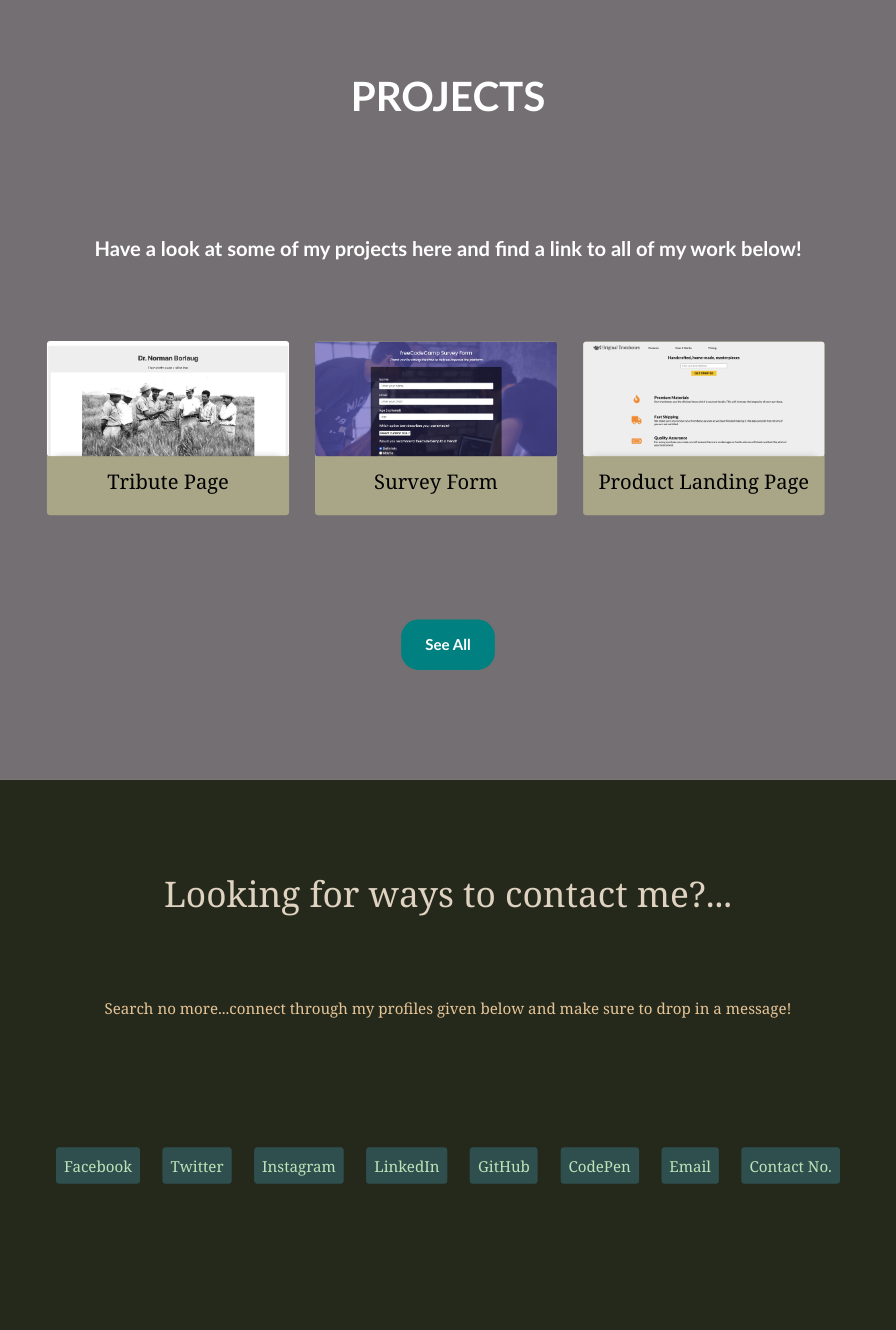
Repository: srush-shah/GRIP-Task3
Page: index.html
These files come from the project's save history. The page is drawn as it stood at one moment and after the next save; the edit follows.
The browser window is 1280 px wide. The pictures show the part of the page from y = 720 to 2620 px (the page is 2794 px tall), at 70% of full size.

Above is the page before, as saved 2021-07-21 18:22:20.

### index.html
<!DOCTYPE html>
<html lang="en">
  <head>
    <meta charset="UTF-8" />
    <meta name="viewport" content="width=device-width, initial-scale=1.0" />
    <title>Personal Portfolio</title>
    <link rel="preconnect" href="https://fonts.gstatic.com" />
    <link
      href="https://fonts.googleapis.com/css2?family=Merriweather:ital,wght@0,300;0,400;0,700;0,900;1,300;1,400;1,700;1,900&display=swap"
      rel="stylesheet"
    />
    <link rel="stylesheet" href="styles/style.css" />
  </head>
  <body>
    <header>
      <nav id="navbar">
        <ul>
          <a href="#welcome-section"><li>About</li></a>
          <a href="#projects"><li>Work</li></a>
          <a href="#contact"><li>Contact</li></a>
        </ul>
      </nav>
    </header>
    <main>
      <section id="welcome-section">
        <div id="welcome-bg-img"></div>
        <div id="welcome-text">
          <h1>Hey! I am Srushti</h1>
          <br />
          <h4>Nice to See You!</h4>
          <br />
          <div id="welcome-details">
            <p>Welcome to my Portfolio Website!</p>
            <p>
              I am an Engineering student, pursuing Undergraduate studies in
              Information and Communication Technology. You will find all my
              work here along with the link to all of my projects.
            </p>
            <p>
              You can reach out to me through the contact section provided on
              the page.
            </p>
          </div>
        </div>
      </section>
      <section id="projects">
        <div id="project-title">
          <h3>Projects</h3>
        </div>
        <div id="project-info">
          <p>
            Have a look at some of my projects here and find a link to all of my
            work below!
          </p>
          <div class="project-link">
            <a
              href="https://codepen.io/srushtishah/full/dypKPxX"
              target="_blank"
              ><div>
                <img
                  src="images/TributePage.png"
                  alt="Tribute Page"
                  class="project-tile"
                />
              </div>
              <div class="project-tile-name">Tribute Page</div>
            </a>
          </div>
          <div class="project-link">
            <a
              href="https://codepen.io/srushtishah/full/zYKLZdL"
              target="_blank"
              ><div>
                <img
                  src="images/SurveyForm.png"
                  alt="Survey Form"
                  class="project-tile"
                />
              </div>

              <div class="project-tile-name">Survey Form</div>
            </a>
          </div>
          <div class="project-link">
            <a
              href="https://codepen.io/srushtishah/full/wvzRBMY"
              target="_blank"
              ><div>
                <img
                  src="images/ProductLandingPage.png"
                  alt="Product Landing Page"
                  class="project-tile"
                />
              </div>
              <div class="project-tile-name">Product Landing Page</div>
            </a>
          </div>
          <div class="profile-link">
            <a
              href="https://codepen.io/srushtishah"
              id="profile-link"
              target="_blank"
              >See All</a
            >
          </div>
        </div>
      </section>
      <section id="contact">
        <h3>Looking for ways to contact me?...</h3>
        <p>
          Search no more...connect through my profiles given below and make sure
          to drop in a message!
        </p>
        <ul>
          <a href="https://www.facebook.com/srushti.shah.2000/" target="_blank"
            ><li>Facebook</li></a
          >
          <a href="https://twitter.com/srushshah10" target="_blank"
            ><li>Twitter</li></a
          >
          <a href="https://www.instagram.com/girldevwizard/" target="_blank"
            ><li>Instagram</li></a
          >
          <a
            href="https://www.linkedin.com/in/srushti-shah-433b93176/"
            target="_blank"
            ><li>LinkedIn</li></a
          >
          <a href="https://github.com/srush-shah" target="_blank"
            ><li>GitHub</li></a
          >
          <a href="https://codepen.io/srushtishah/full/wvzRBMY" target="_blank"
            ><li>CodePen</li></a
          >
          <a href="mailto:srushti1010shah@gmail.com" target="_blank"
            ><li>Email</li></a
          >
          <a href="sms: +910000000000" target="_blank"><li>Contact No.</li></a>
        </ul>
      </section>
      <footer>
        <p>
          **This is just a temporary portfolio made for the purpose of
          freeCodeCamp
        </p>
        <span>&copy; Created for freeCodeCamp</span>
      </footer>
    </main>
  </body>
</html>

### styles/style.css
/*
Universal Styling and Prefixing
*/
* {
  max-width: 1500px;
  font-size: 10px;
  font-weight: 400;
  text-decoration: none;
  color: black;
  box-sizing: border-box;
  -webkit-box-sizing: border-box;
  -moz-box-sizing: border-box;
  margin: auto;
  border: none;
  padding: 0;
  background: none;
  text-align: center;
}
/*
Common Styling for the whole page
*/
body {
  width: 100%;
  font-family: "Trebuchet MS", "Lucida Sans Unicode", "Lucida Grande",
    "Lucida Sans", Arial, sans-serif;
  font-stretch: wider;
}

h1 {
  font-size: 10vh;
  font-variant: small-caps;
  font-family: "Merriweather", serif;
  margin-bottom: 20px;
  line-height: 1em;
}

h2 {
  font-size: 8vh;
}

h3 {
  font-size: 8vh;
}

h4 {
  font-size: 6vh;
  line-height: 1em;
}

h5 {
  font-size: 5vh;
}

h6 {
  font-size: 3vh;
}

p,
a,
li,
button {
  font-size: 3vh;
}

li {
  list-style: none;
}
/*
Header Styling
*/
header {
  position: absolute;
  width: 100%;
  height: 100px;
  padding: 10px;
  background-color: transparent;
  z-index: 2;
  display: flex;
}

header > nav {
  margin-right: 0;
}

header > nav > ul {
  display: flex;
  padding: 30px;
  justify-content: space-evenly;
}

header li {
  margin: 5px;
  margin-right: 30px;
}

@media screen and (min-width: 768px) {
  header li {
    font-size: 3.5vh;
  }
}

@media screen and (max-width: 768px) {
  header li {
    font-size: 3vh;
  }
}

@media screen and (max-width: 425px) {
  header {
    padding: 0%;
  }
  header > nav {
    margin: auto;
    padding: 0%;
  }
  header > nav > ul {
    padding: 0%;
    flex-direction: column;
  }
  header li {
    font-size: 2.5vh;
  }
}
/* Main Styling */
main {
  position: relative;
}
/*
Welcome Section Styling
*/
#welcome-section {
  height: 100vh;
}

#welcome-bg-img {
  background: url(https://cdn.hipwallpaper.com/i/65/22/g876Ek.jpg);
  /* Add the blur effect
  filter: blur(2px);
  -webkit-filter: blur(2px);*/

  /* Full height */
  height: 100%;

  /* Center and scale the image nicely */
  background-position: center;
  background-repeat: no-repeat;
  background-size: cover;
}

#welcome-text {
  background-color: #97abb1; /* Fallback color */
  border-radius: 10px;
  box-shadow: 0px 0px 20px rgb(54, 50, 8);
  color: white;
  font-weight: bold;
  position: relative;
  top: -50%;
  left: 40%;
  transform: translate(-50%, -50%);
  z-index: 1;
  width: 80%;
  padding: 20px;
  text-align: center;
}

#welcome-text h1,
#welcome-text h4,
#welcome-text p {
  color: antiquewhite;
  font-weight: 500;
}

#welcome-text h4,
#welcome-text p {
  color: antiquewhite;
  font-weight: 800;
}

#welcome-details p {
  color: antiquewhite;
}

@media screen and (max-width: 1024px) {
  #welcome-text {
    width: 70%;
    left: 35%;
  }
}

@media screen and (max-width: 768px) {
  #welcome-text {
    width: 70%;
    left: 35%;
  }
}

@media screen and (max-width: 520px) {
  #welcome-text {
    top: -50%;
  }

  #welcome-text h1 {
    font-size: 7vh;
  }

  #welcome-text h4 {
    font-size: 5vh;
  }

  #welcome-text p {
    font-size: 3vh;
  }
}

@media screen and (max-width: 470px) {
  #welcome-text {
    top: -50%;
  }

  #welcome-text h1 {
    font-size: 6vh;
  }

  #welcome-text h4 {
    font-size: 4vh;
  }

  #welcome-text p {
    font-size: 2.5vh;
  }
}
/*
Projects Section Styling
*/
#projects {
  width: 100%;
  background-color: #746f72;
}

#projects h3,
#projects p,
#projects a {
  color: white;
  font-family: "Gill Sans", "Gill Sans MT", Calibri, "Trebuchet MS", sans-serif;
  font-weight: 600;
}

#project-title {
  padding: 8%;
  text-transform: uppercase;
}

#project-info {
  padding: 5%;
}

#project-info p {
  font-size: 4vh;
  margin-bottom: 5%;
}

.project-link {
  width: 90%;
  padding-bottom: 2.5%;
  background-color: #a9a587;
  margin: 5% auto;
  border-radius: 5px;
}

.project-tile {
  width: 100%;
  border-radius: 5px;
}

.project-tile-name {
  padding-top: 4%;
  font-size: 4vh;
  font-family: Georgia, "Times New Roman", Times, serif;
}
#profile-link {
  padding: 2% 3%;
  background-color: teal;
  border-radius: 25px;
}
#profile-link:hover {
  background-color: rgb(62, 114, 114);
  box-shadow: rgba(0, 0, 0, 1) 4px 5px;
  transition: box-shadow 1s, background-color 0.3s;
}
.profile-link {
  margin: 10% auto;
}

@media screen and (min-width: 768px) {
  .project-link {
    width: 30%;
    display: inline-block;
    margin-right: 3%;
  }
}

@media screen and (max-width: 768px) {
  .project-tile-name {
    font-size: 2.5vh;
  }
}
/*
Contact Section Styling
*/
#contact {
  width: 100%;
  padding: 10% 5%;
  background-color: #25291c;
  font-family: Cambria, Cochin, Georgia, Times, "Times New Roman", serif;
}

#contact h3 {
  font-size: 7vh;
  color: rgb(223, 210, 193);
  font-weight: 400;
}

#contact p {
  margin: 10% auto;
  color: rgb(229, 196, 151);
}

#contact ul {
  width: 100%;
  margin: 15% auto;
  margin-bottom: 10%;
  display: flex;
  justify-content: space-around;
  flex-wrap: wrap;
}

#contact a {
  display: inline-flex;
  background-color: darkslategrey;
  margin: 1%;
  padding: 1%;
  border-radius: 5px;
}

#contact li {
  color: rgb(189, 228, 184);
}

#contact a:hover {
  background-color: rgb(39, 63, 63);
  box-shadow: darkslategrey 2px 2px;
  transition: box-shadow 0.8s, background-color 0.3s;
}
/*
Footer Styling
*/

footer {
  width: 100%;
  height: 100%;
  background-color: #cd5334;
  padding: 5% 1%;
}

footer p,
footer span {
  font-size: 2.5vh;
  display: inline-block;
}

footer p {
  float: left;
}

footer span {
  float: right;
  font-family: monospace;
}

@media screen and (max-width: 768px) {
  footer {
    height: 15vh;
  }

  footer p,
  footer span {
    font-size: 2vh;
    display: inline-block;
  }
}

@media screen and (max-width: 730px) {
  footer p,
  footer span {
    font-size: 2.5vh;
    display: block;
    float: none;
    margin-top: 1%;
  }
}

@media screen and (max-width: 425px) {
  footer {
    height: 18vh;
  }

  footer p,
  footer span {
    font-size: 2.5vh;
    display: block;
    float: none;
    margin-top: 3%;
  }
}

@media screen and (max-width: 375px) {
  footer p,
  footer span {
    font-size: 2.5vh;
    display: block;
    float: none;
    margin-top: 4%;
  }
}

@media screen and (max-width: 320px) {
  footer p,
  footer span {
    font-size: 2.5vh;
    display: block;
    float: none;
    margin-top: 5%;
  }
}

After the next save:
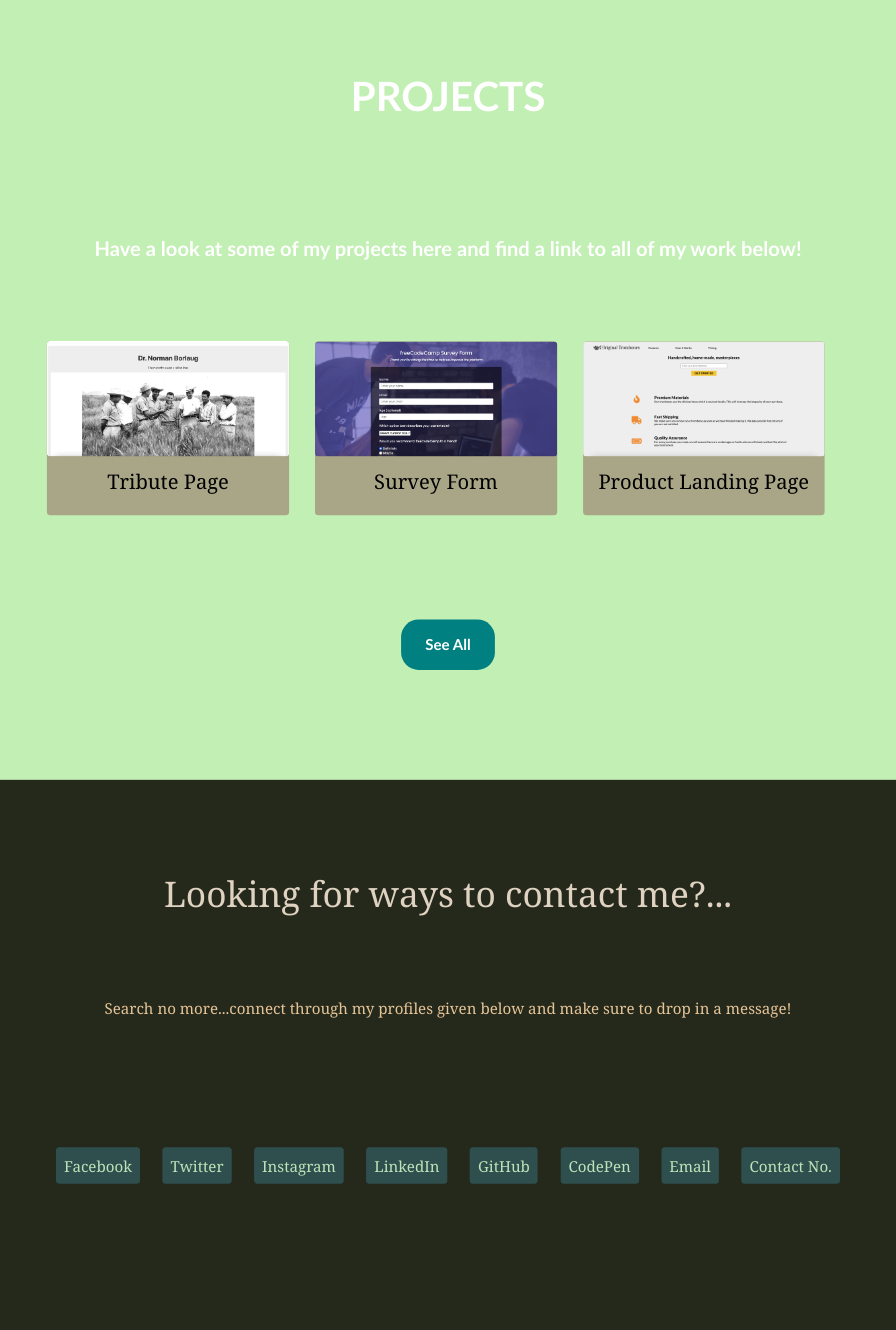
Saved 17 s later.
--- a/styles/style.css
+++ b/styles/style.css
@@ -234,7 +234,7 @@ Projects Section Styling
 */
 #projects {
   width: 100%;
-  background-color: #746f72;
+  background-color: #c2efb3;
 }
 
 #projects h3,
